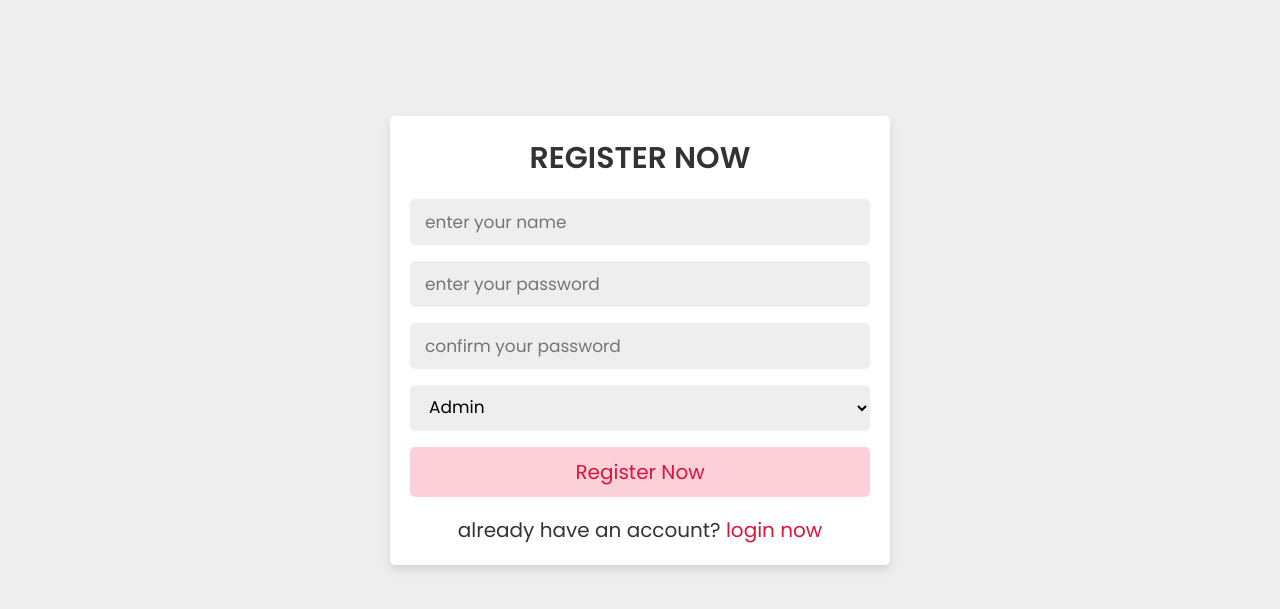
Repository: kluivert-ssali/katoMessi
Page: http://localhost/admin.php
These files come from the project's save history. The page is drawn as it stood at one moment and after a run of saves; the edit follows.
The browser window is 1280 px wide. The pictures show the whole page.
The page is run by PHP 8.4 with error messages shown; the project is at /var/www/html/.

Above is the page before, as saved 2022-05-16 14:10:13.

After the next 2 saves:
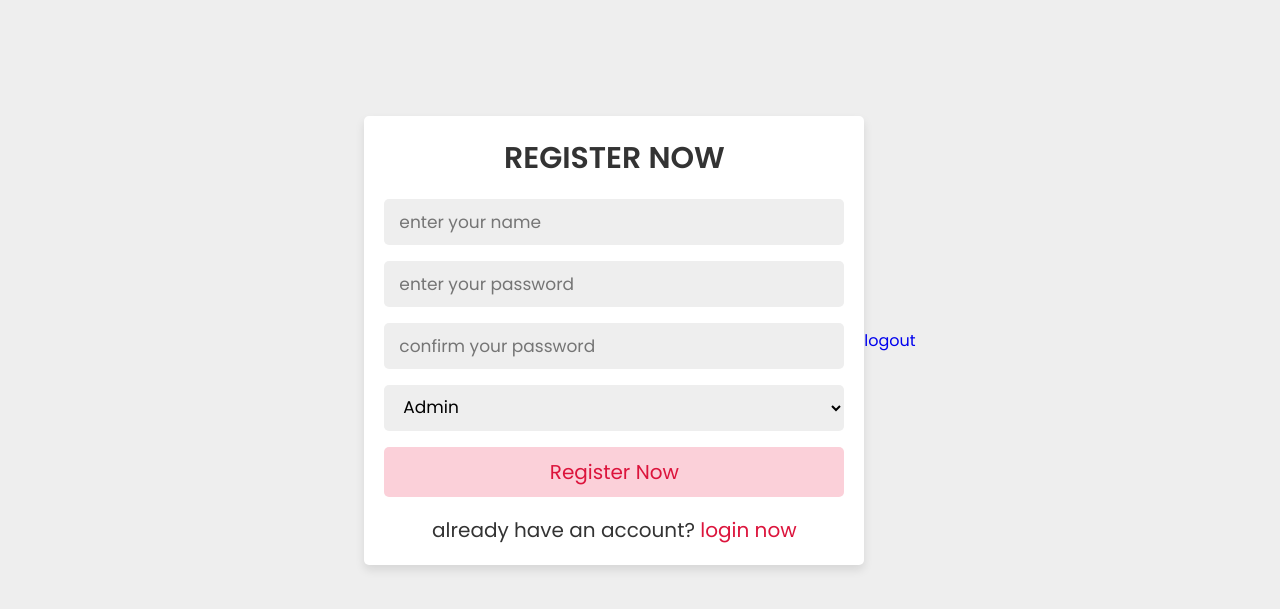
The 2 saves are shown as one change because they came seconds apart.
The last was saved 80 s later.
--- a/admin.php
+++ b/admin.php
@@ -72,6 +72,8 @@ if(isset($_POST['submit'])){
       <input type="submit" name="submit" value="register now" class="form-btn">
       <p>already have an account? <a href="login.php">login now</a></p>
    </form>
+   <a href="logout.php" class="btn">logout</a>
+
 
 </div>
 
